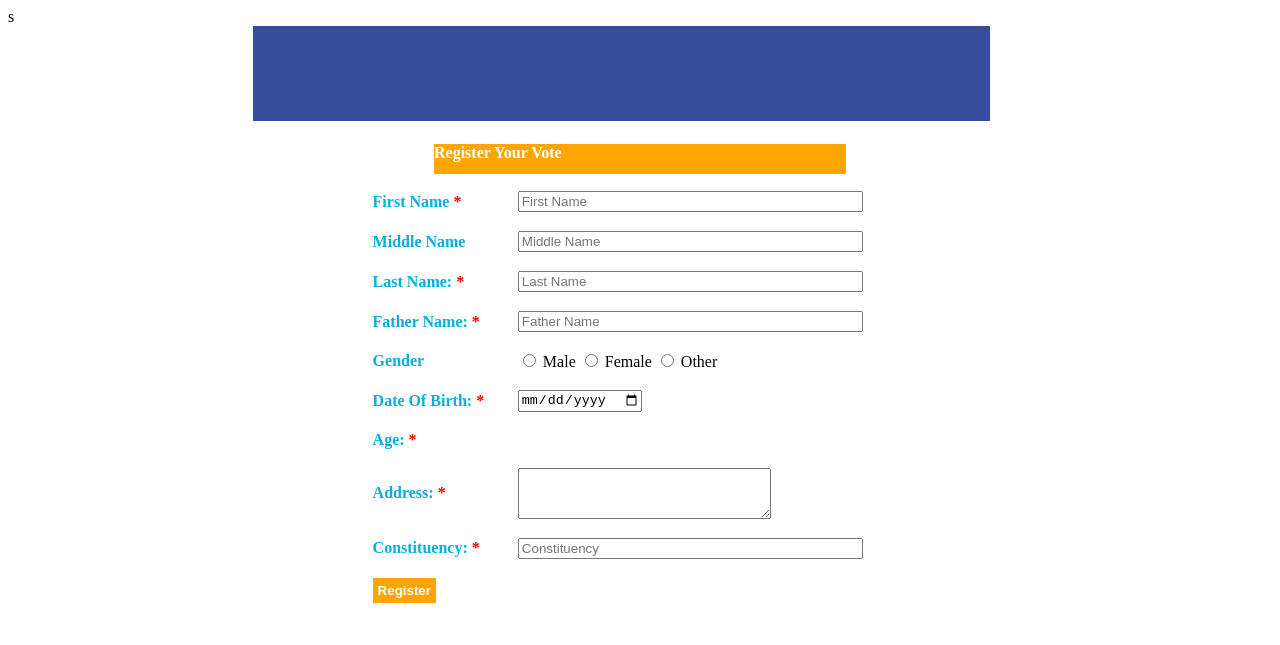
Repository: KameshV95/My-Projects
Page: http://localhost/VoterRegistration/WEB-INF/views/VoterRegistration.jsp
The author's editor kept a copy of each file at every save. The page is drawn from the files as they stood at one save, then again after the next save.
The browser window is 1280 px wide. The pictures show the whole page.
The page is served by Tomcat 9. Nobody is signed in. The template is opened directly, without the code that normally fills it, so the values that code supplies are empty.

Above is the page before, as saved 2019-03-19 10:21:33.

After the next save:
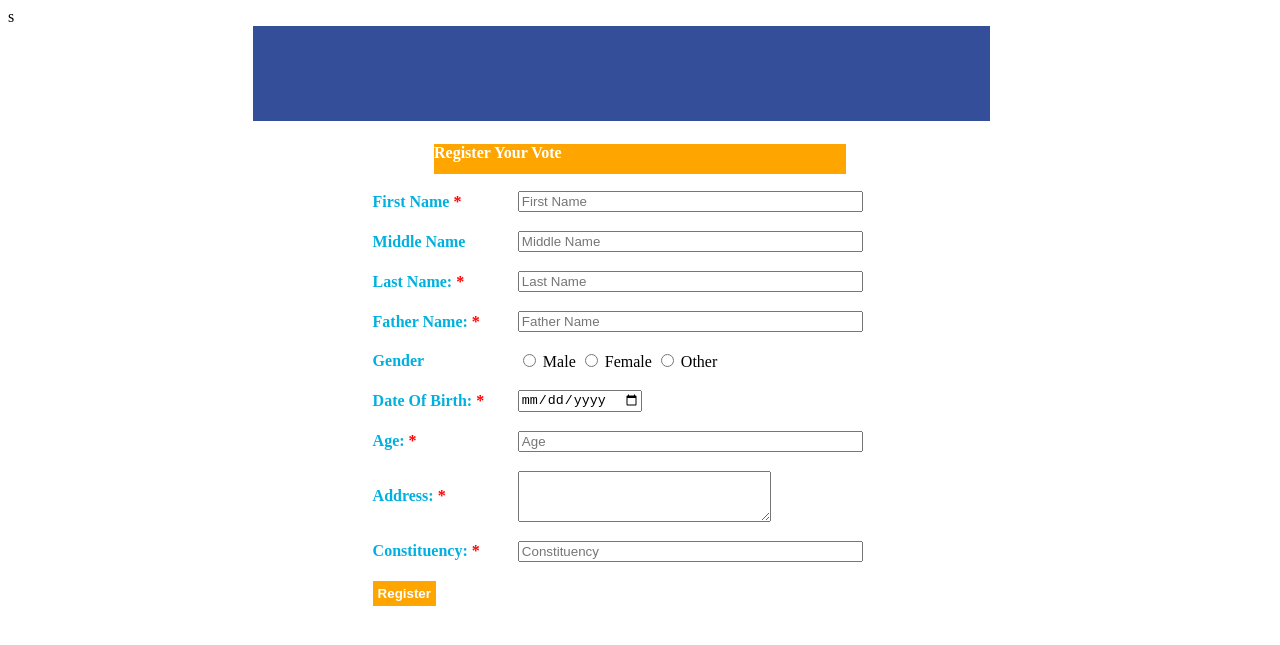
Saved 66 s later.
--- a/VoterRegistration/src/main/webapp/WEB-INF/views/VoterRegistration.jsp
+++ b/VoterRegistration/src/main/webapp/WEB-INF/views/VoterRegistration.jsp
@@ -68,7 +68,7 @@ cellspacing="15" colspan="2" background="">
 
 <tr>
 <td><b><font color="sky blue">Age:</font></b> <font color="red"><strong>*</strong></font></td>
-<td><intput type="text"  id="age" name="age" placehoder="age"></input</td>
+<td><input type="text"  id="age" name="age" placeholder="Age" size="40"></td>
 </tr>
 
 <tr>
